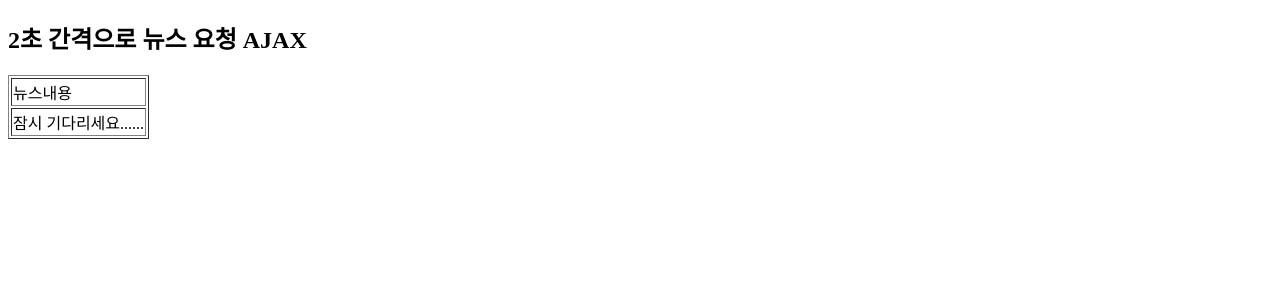
Repository: golddrone7/front
Page: step10_Ajax/src/main/webapp/test8/newsTest.html
These files come from the project's save history. The page is drawn as it stood at one moment and after the next save; the edit follows.
The browser window is 1280 px wide. The pictures show the whole page.

Above is the page before, as saved 2023-02-27 06:37:43.

### step10_Ajax/src/main/webapp/test8/newsTest.html
<!DOCTYPE html>
<html>
<head>
<meta charset="UTF-8">
<title>Insert title here</title>
</head>
<body>
	<h2>2초 간격으로 뉴스 요청 AJAX</h2>
	<table border="1">
		<tr>
			<td>뉴스내용</td>
		</tr>
		<tr>
			<td id="demo">잠시 기다리세요......</td>
		</tr>

	</table>


</body>
</html>

After the next save:
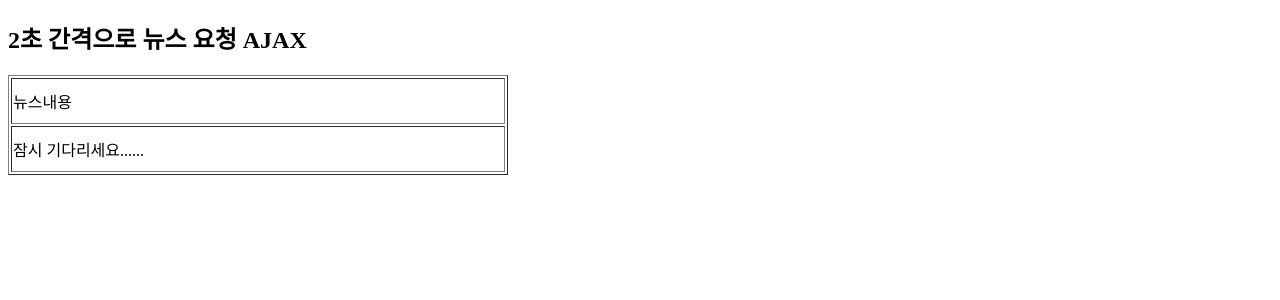
Saved 55 s later.
--- a/step10_Ajax/src/main/webapp/test8/newsTest.html
+++ b/step10_Ajax/src/main/webapp/test8/newsTest.html
@@ -6,7 +6,7 @@
 </head>
 <body>
 	<h2>2초 간격으로 뉴스 요청 AJAX</h2>
-	<table border="1">
+	<table border="1" style="height: 100px; width: 500px;">
 		<tr>
 			<td>뉴스내용</td>
 		</tr>
